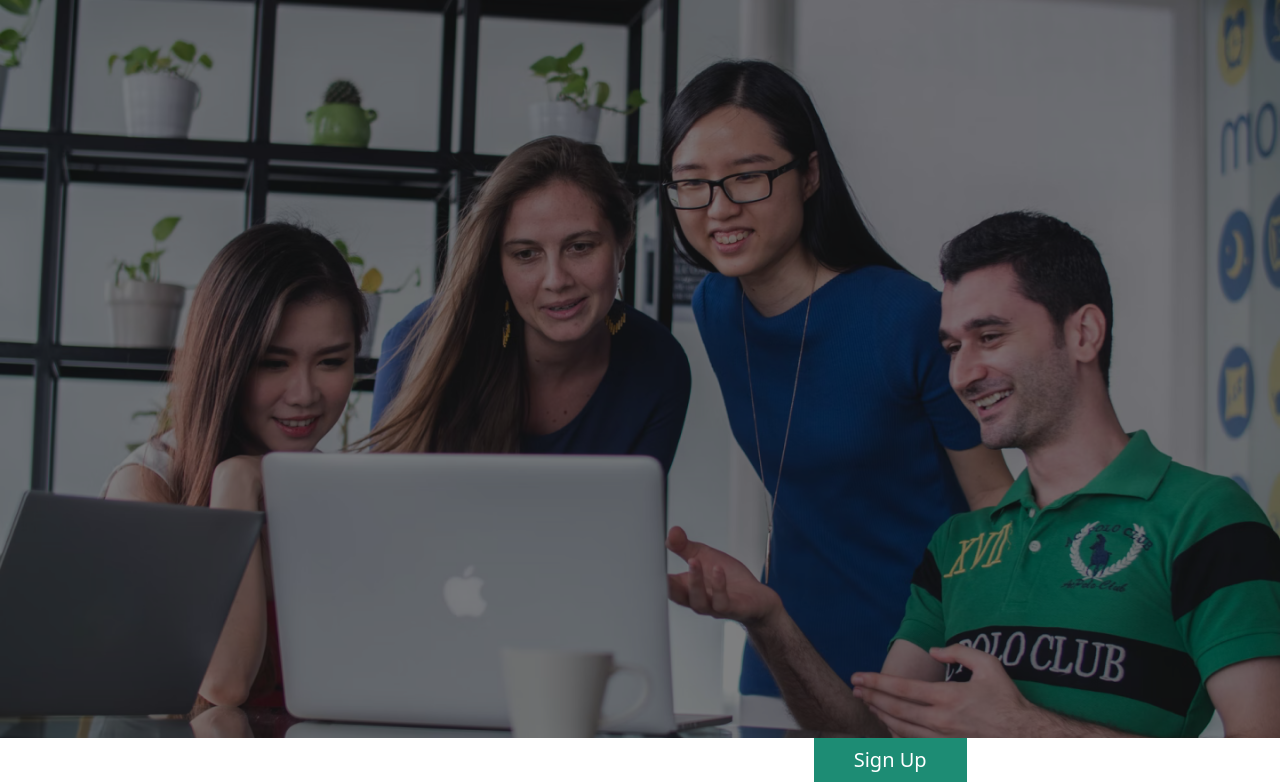
Repository: vandangnhathung/educationplatform
Page: /
The author's editor kept a copy of each file at every save. The page is drawn from the files as they stood at one save, then again after the next save.
The browser window is 1280 px wide. The pictures show the whole page.
The project was rebuilt for these pictures with package versions that can differ from the ones it lists, and the page was loaded fresh each time.

Above is the page before, as saved 2022-06-20 14:31:47.

### src/index.js
import React from "react";
import ReactDOM from "react-dom/client";
import App from "./App";
import reportWebVitals from "./reportWebVitals";
import "./index.css";
const root = ReactDOM.createRoot(document.getElementById("root"));
root.render(
  <React.StrictMode>
    <App />
  </React.StrictMode>
);

// If you want to start measuring performance in your app, pass a function
// to log results (for example: reportWebVitals(console.log))
// or send to an analytics endpoint. Learn more: https://bit.ly/CRA-vitals
reportWebVitals();

### src/App.js
import Header from "./components/Header";

function App() {
  return (
    <>
      <Header></Header>
    </>
  );
}

export default App;

### src/index.css
@tailwind base;
@tailwind components;
@tailwind utilities;

*,
*::before,
*::after {
  box-sizing: border-box;
}
* {
  margin: 0;
  padding: 0;
}

html,
body {
  height: 100%;
}
body {
  line-height: 1.5;
}

img,
picture,
video,
canvas,
svg {
  display: block;
  max-width: 100%;
}
input,
button,
textarea,
select {
  font: inherit;
  outline: none;
}
p,
h1,
h2,
h3,
h4,
h5,
h6 {
  overflow-wrap: break-word;
}

.container {
    max-width: 1440px;
    margin: 0 auto;
}

### src/components/Header.js
import React, { useEffect } from "react";
import headerImg from "../images/Images.png";
const Header = () => {
  const headerNav = [
    {
      id: 1,
      title: "Home",
    },
    {
      id: 2,
      title: "Courses",
    },
    {
      id: 3,
      title: "Pricing",
    },
    {
      id: 4,
      title: "Reviews",
    },
  ];
  return (
    <header>
      <div className="relative">
        <img src={headerImg} alt="header_img" className="w-full" />
        <div className="absolute inset-0 bg-black opacity-50"></div>
      </div>
      <div className="container text-white flex items-center justify-center">
        <div className="">Rearing</div>
        <div className="flex items-center justify-center">
          <nav className="mr-[77px]">
            <ul className="flex items-center justify-center gap-x-[49px] ">
              {headerNav.map((item) => (
                <li key={item.id}>{item.title}</li>
              ))}
            </ul>
          </nav>
          <button className="py-2 px-10 bg-[#1D8C74] text-white text-xl ">
            Sign Up
          </button>
        </div>
      </div>
    </header>
  );
};

export default Header;

Loaded but not shown: public/index.html (common file); src/reportWebVitals.js (common file); tailwind.config.js (common file)

After the next save:
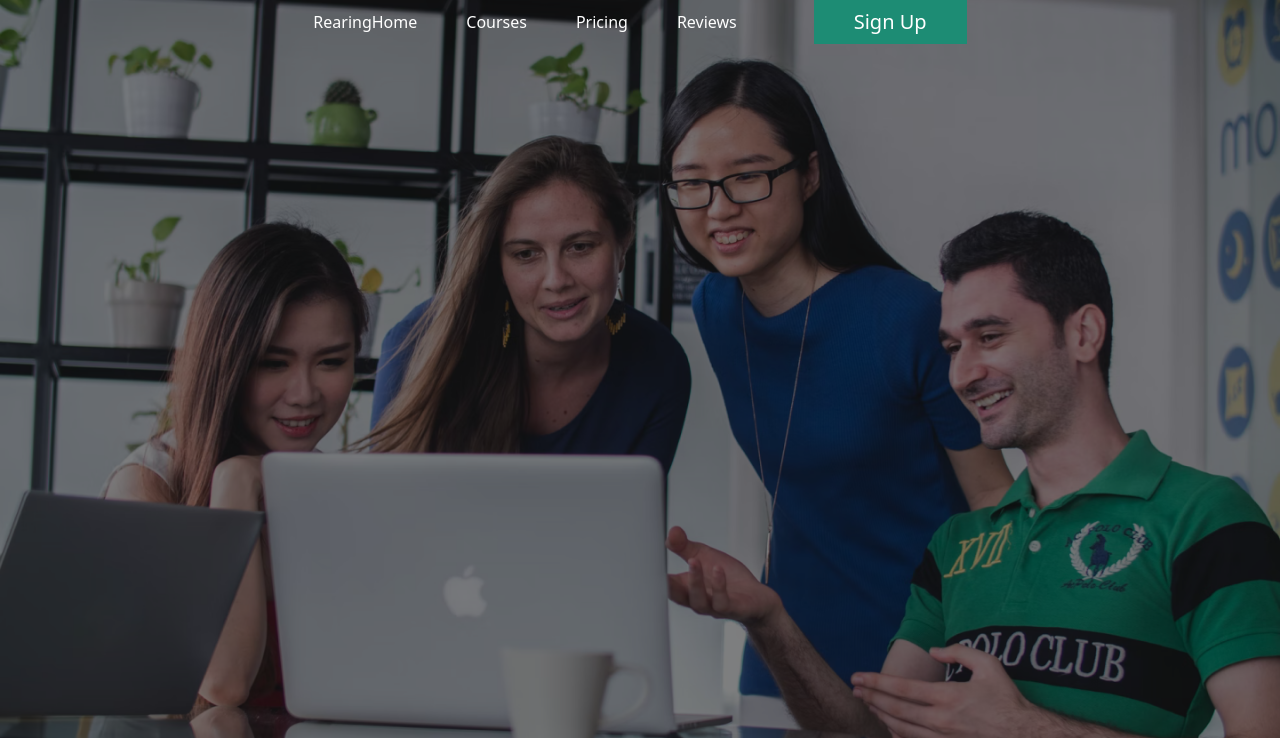
Saved 69 s later.
--- a/src/components/Header.js
+++ b/src/components/Header.js
@@ -24,20 +24,20 @@ const Header = () => {
       <div className="relative">
         <img src={headerImg} alt="header_img" className="w-full" />
         <div className="absolute inset-0 bg-black opacity-50"></div>
-      </div>
-      <div className="container text-white flex items-center justify-center">
-        <div className="">Rearing</div>
-        <div className="flex items-center justify-center">
-          <nav className="mr-[77px]">
-            <ul className="flex items-center justify-center gap-x-[49px] ">
-              {headerNav.map((item) => (
-                <li key={item.id}>{item.title}</li>
-              ))}
-            </ul>
-          </nav>
-          <button className="py-2 px-10 bg-[#1D8C74] text-white text-xl ">
-            Sign Up
-          </button>
+        <div className="absolute top-0 container text-white flex items-center justify-center">
+          <div className="">Rearing</div>
+          <div className="flex items-center justify-center">
+            <nav className="mr-[77px]">
+              <ul className="flex items-center justify-center gap-x-[49px] ">
+                {headerNav.map((item) => (
+                  <li key={item.id}>{item.title}</li>
+                ))}
+              </ul>
+            </nav>
+            <button className="py-2 px-10 bg-[#1D8C74] text-white text-xl ">
+              Sign Up
+            </button>
+          </div>
         </div>
       </div>
     </header>
